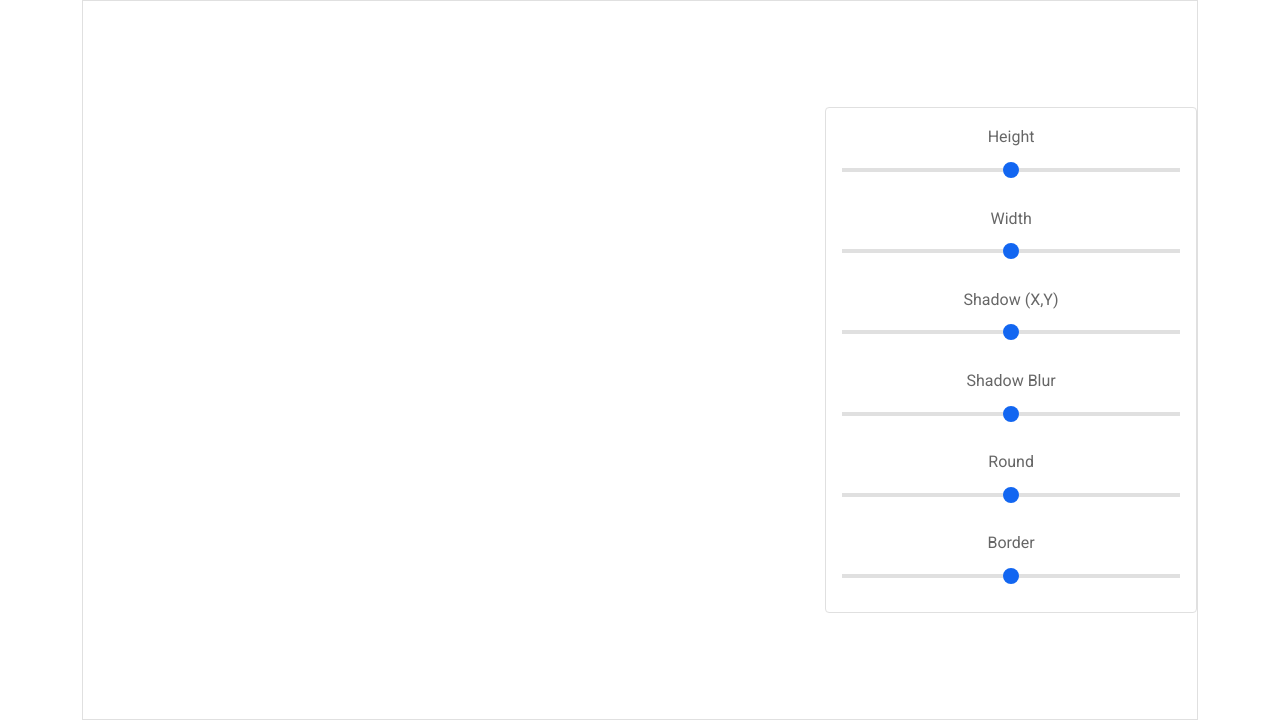
Repository: USaditya98/card-generator
Page: index.html
The author's editor kept a copy of each file at every save. The page is drawn from the files as they stood at one save, then again after a run of saves.
The browser window is 1280 px wide. The pictures show the whole page.

Above is the page before, as saved 2021-10-20 12:31:18.

After the next 2 saves:
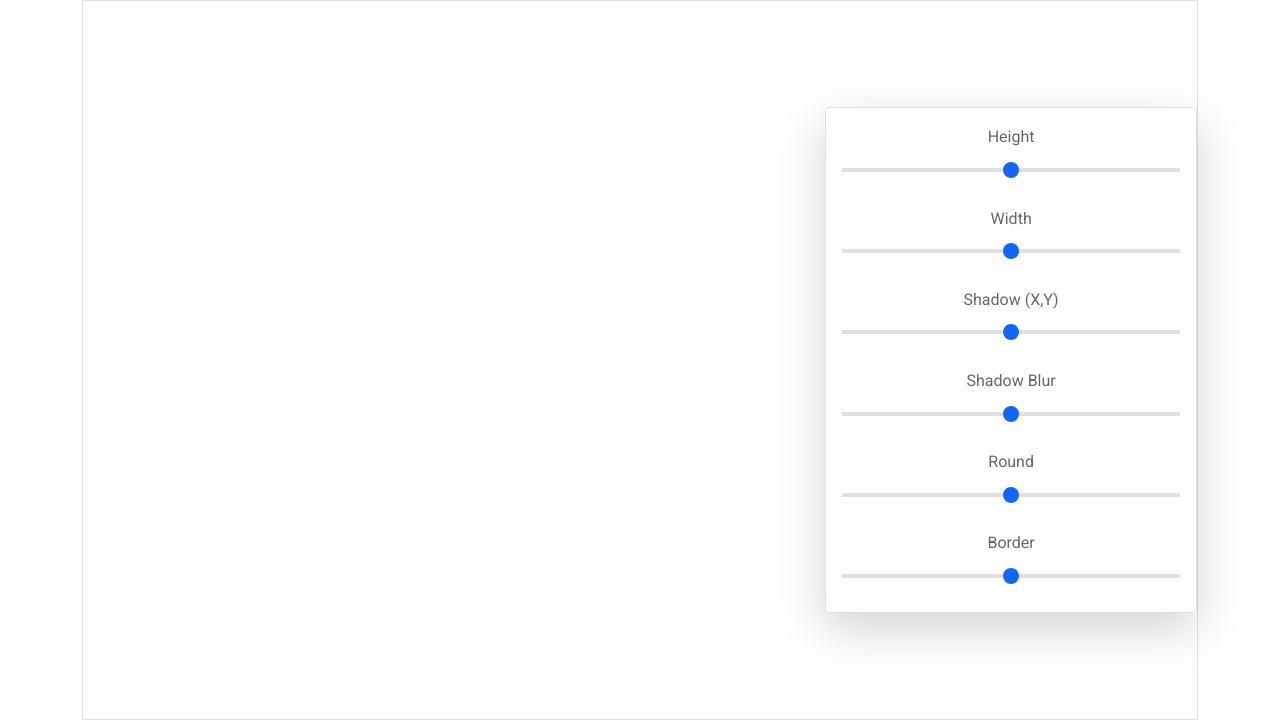
The 2 saves are shown as one change because they came seconds apart.
The last was saved 8 s later.
--- a/index.html
+++ b/index.html
@@ -25,7 +25,7 @@
                 <div class="text-center  " id="create">
                 </div>
             </div>
-            <div class="border w-50 shadow-md rounded">
+            <div class="border w-50 shadow-lg rounded">
             <div class="m-3">
                 <label class="form-label" for="height">Height</label>
                 <div class="range">
